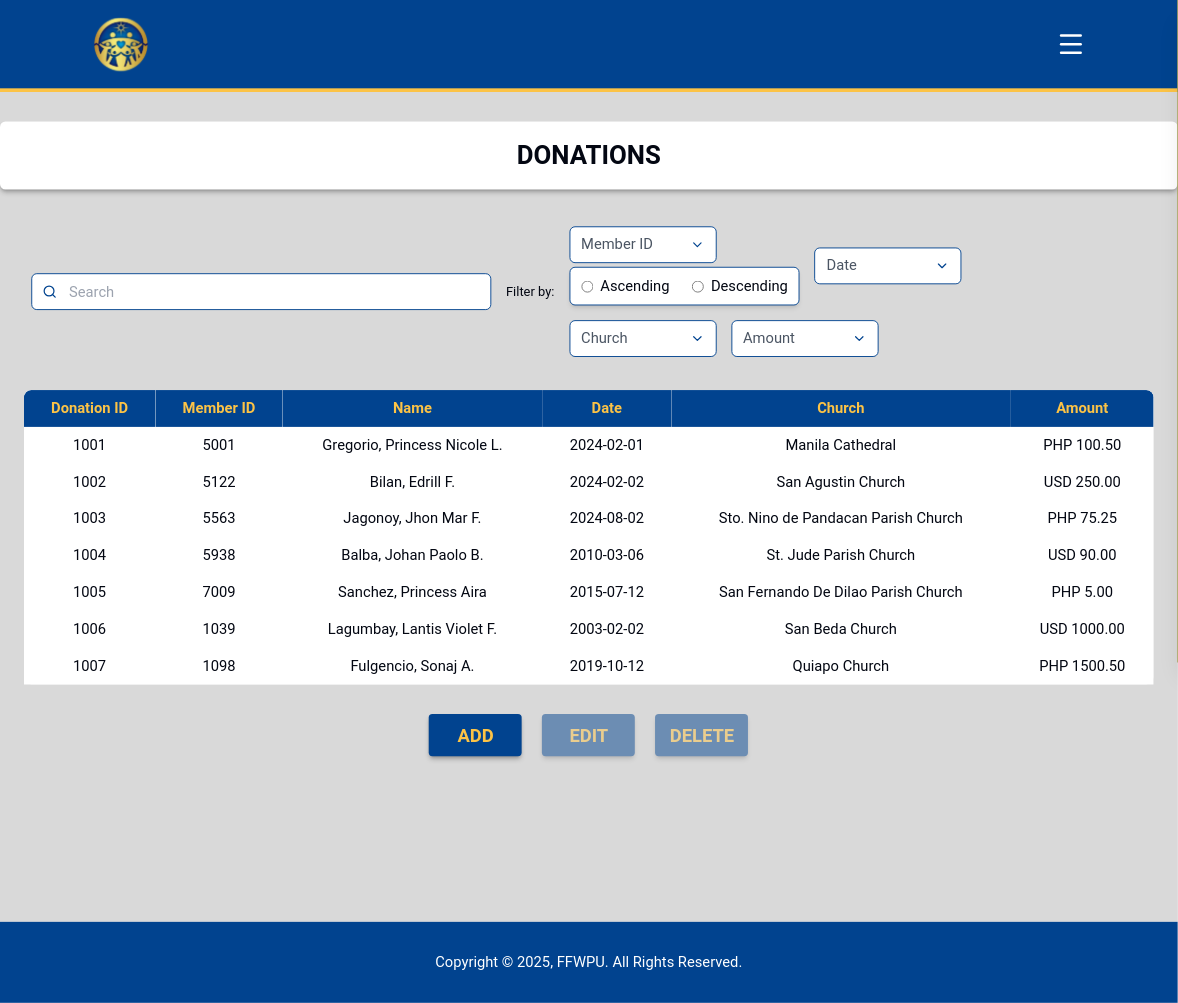
Repository: CoderTofu/FFWPU_System
Page: /donation, after clicking the first element matching `button.w-\[120px\]`
The author's editor kept a copy of each file at every save. The page is drawn from the files as they stood at one save, then again after the next save.
The browser window is 1280 px wide. The pictures show the whole page, at 92% of full size.
The project was rebuilt for these pictures with package versions that can differ from the ones it lists, and the page was loaded fresh each time. The framework's server and built-in components were replaced by stand-ins that run in the browser. Also part of the build but not shown: next.config.ts, src/components/NavbarPublic.tsx, src/components/FooterPublic.tsx, src/lib/utils.ts, src/components/ui/dialog.tsx, src/components/ui/button.tsx, src/components/Modal.tsx.

Above is the page before, as saved 2025-03-07 07:45:28.

### src/app/layout.tsx
import type { Metadata } from "next";
import "./globals.css";
import Preloader from "../components/Preloader";
import LayoutWrapper from "@/components/LayoutWrapper";

export const metadata: Metadata = {
  title: "FFWPU-System",
  description: "Created to help the FFWPU organization",
};

export default function RootLayout({
  children,
}: Readonly<{ children: React.ReactNode }>) {
  return (
    <html lang="en">
      <link rel="icon" href="/icons/ffwpu_icon.svg" sizes="any" />
      <body className="antialiased min-h-screen flex flex-col bg-[#f1f1f1]">
        <Preloader />
        <LayoutWrapper>{children}</LayoutWrapper>
      </body>
    </html>
  );
}

### src/app/globals.css
@tailwind base;
@tailwind components;
@tailwind utilities;

@import url("https://fonts.googleapis.com/css2?family=Roboto:ital,wght@0,100..900;1,100..900&display=swap");

:root {
  --roboto-font: "Roboto", "arial";
}

* {
  font-family: var(--roboto-font);
}



@layer base {
  :root {
    --background: 0 0% 100%;
    --foreground: 224 71.4% 4.1%;
    --card: 0 0% 100%;
    --card-foreground: 224 71.4% 4.1%;
    --popover: 0 0% 100%;
    --popover-foreground: 224 71.4% 4.1%;
    --primary: 220.9 39.3% 11%;
    --primary-foreground: 210 20% 98%;
    --secondary: 220 14.3% 95.9%;
    --secondary-foreground: 220.9 39.3% 11%;
    --muted: 220 14.3% 95.9%;
    --muted-foreground: 220 8.9% 46.1%;
    --accent: 220 14.3% 95.9%;
    --accent-foreground: 220.9 39.3% 11%;
    --destructive: 0 84.2% 60.2%;
    --destructive-foreground: 210 20% 98%;
    --border: 220 13% 91%;
    --input: 220 13% 91%;
    --ring: 224 71.4% 4.1%;
    --chart-1: 12 76% 61%;
    --chart-2: 173 58% 39%;
    --chart-3: 197 37% 24%;
    --chart-4: 43 74% 66%;
    --chart-5: 27 87% 67%;
    --radius: 0.5rem;
  }
  .dark {
    --background: 224 71.4% 4.1%;
    --foreground: 210 20% 98%;
    --card: 224 71.4% 4.1%;
    --card-foreground: 210 20% 98%;
    --popover: 224 71.4% 4.1%;
    --popover-foreground: 210 20% 98%;
    --primary: 210 20% 98%;
    --primary-foreground: 220.9 39.3% 11%;
    --secondary: 215 27.9% 16.9%;
    --secondary-foreground: 210 20% 98%;
    --muted: 215 27.9% 16.9%;
    --muted-foreground: 217.9 10.6% 64.9%;
    --accent: 215 27.9% 16.9%;
    --accent-foreground: 210 20% 98%;
    --destructive: 0 62.8% 30.6%;
    --destructive-foreground: 210 20% 98%;
    --border: 215 27.9% 16.9%;
    --input: 215 27.9% 16.9%;
    --ring: 216 12.2% 83.9%;
    --chart-1: 220 70% 50%;
    --chart-2: 160 60% 45%;
    --chart-3: 30 80% 55%;
    --chart-4: 280 65% 60%;
    --chart-5: 340 75% 55%;
  }
}



@layer base {
  * {
    @apply border-border outline-ring/50;
  }
  body {
    @apply bg-background text-foreground;
  }
}

### src/components/Preloader.tsx
"use client";

import { useState, useEffect } from "react";

export default function Preloader() {
  const [loading, setLoading] = useState(true);

  useEffect(() => {
    const timer = setTimeout(() => {
      setLoading(false);
    }, 1000); // Adjust this time as needed

    return () => clearTimeout(timer);
  }, []);

  if (!loading) return null;

  return (
    <div className="fixed inset-0 z-50 flex items-center justify-center bg-white">
      <div className="h-16 w-16 animate-spin rounded-full border-4 border-solid border-primary border-t-transparent"></div>
    </div>
  );
}

### src/components/LayoutWrapper.tsx
"use client";

import { usePathname } from "next/navigation";
import NavbarPublic from "@/components/navbarPublic";
import NavbarPrivate from "@/components/navbarPrivate";
import FooterPublic from "@/components/footerPublic";
import FooterPrivate from "@/components/footerPrivate";

export default function LayoutWrapper({
  children,
}: {
  children: React.ReactNode;
}) {
  const pathname = usePathname();

  // Define private routes
  const isPublic =
    pathname.startsWith("/about") ||
    pathname.startsWith("/contact") ||
    pathname.startsWith("/login") ||
    pathname.endsWith("/"); // Home page

  return (
    <>
      {isPublic ? <NavbarPublic /> : <NavbarPrivate />}
      <main className="min-h-screen flex-grow">{children}</main>
      {isPublic ? <FooterPublic /> : <FooterPrivate />}
    </>
  );
}

### src/components/Table.tsx
"use client";  // Sabi ni chatgpt need ito hahaha

import React, { useState, useEffect, useRef } from "react";
import { useRouter } from "next/navigation";

interface TableProps {
  data: { [key: string]: any }[];
  columns: { [key in "lg" | "md" | "sm"]: string[] };
  rowDoubleClickPath?: string; // Path where the row should redirect
  onRowSelect?: (row: any | null) => void;
}

const Table: React.FC<TableProps> = ({ data, columns, rowDoubleClickPath, onRowSelect}) => {
  const [tableSize, setTableSize] = useState<"lg" | "md" | "sm">("lg");
  const [selectedRow, setSelectedRow] = useState<number | null>(null);
  const router = useRouter();
  const tableRef = useRef<HTMLDivElement>(null);

  // Automatically update table size based on screen width
  useEffect(() => {
    const updateTableSize = () => {
      const width = window.innerWidth;
      if (width >= 1024) setTableSize("lg");
      else if (width >= 768) setTableSize("md");
      else setTableSize("sm");
    };

    updateTableSize(); // Set initial size
    window.addEventListener("resize", updateTableSize);
    return () => window.removeEventListener("resize", updateTableSize);
  }, []);

  const visibleHeaders = columns[tableSize];

  {/*Handles Single Click Selection*/}
  const handleRowClick = (index: number, row: any) => {
    setSelectedRow(index);
    if (onRowSelect) {
      onRowSelect(row); // Send selected row to parent component
    }
  };

  {/*Handles Clicks Outside Rows to Deselect*/}
  useEffect(() => {
    const handleClickOutside = (event: MouseEvent) => {
      if (tableRef.current && !tableRef.current.contains(event.target as Node)) {
        setSelectedRow(null);
        if (onRowSelect) {
          onRowSelect(null); // Notify parent
        }
      }
    };

    document.addEventListener("click", handleClickOutside);
    return () => document.removeEventListener("click", handleClickOutside);
  }, []);

  {/*Handles Double Click Redirection*/}
  const handleRowDoubleClick = (row: any) => {
    if (rowDoubleClickPath) {
      router.push(`${rowDoubleClickPath}/${row.ID}`); // Redirect with ID in URL
    }
  };

  return (
    <div ref={tableRef} className="overflow-x-auto min-h-[300px] max-h-[450px] overflow-y-auto rounded-lg">
      <table className="min-w-full border-gray-300 bg-white rounded-lg">
        {/* Table Head */}
        <thead className="bg-gray-200 sticky top-0">
          <tr className="bg-[#01438F] text-[#FCC346] cursor-pointer">
            {visibleHeaders.map((header) => (
              <th key={header} className="px-4 py-2 text-center top-0">
                {header}
              </th>
            ))}
          </tr>
        </thead>

        {/* Table Body */}
        <tbody>
          {data.map((row, index) => (
            <tr key={index} className={`cursor-pointer transition
              ${selectedRow === index ? "bg-[#E7E6E6]" : "hover:bg-[#E7E6E6]"}`}
            onClick={() => handleRowClick(index, row)}
            onDoubleClick={() => handleRowDoubleClick(row)}>
              {visibleHeaders.map((header) => (
                <td key={header} className="px-4 py-2 text-center">
                  {row[header] ?? "-"}
                </td>
              ))}
            </tr>
          ))}
        </tbody>
      </table>
    </div>
  );
};

export default Table;

### src/components/DonationModals.tsx
// DonationModals.tsx
"use client";
import { useRef, useEffect, useState } from "react";
import { ChevronDown, Search } from "lucide-react";

interface DataItem {
  "Donation ID": number;
  "Member ID": number;
  Name: string;
  Date: string;
  Church: string;
  Amount: string;
}

interface FilterDropdownProps {
  handleSort: (key: keyof DataItem, order: "asc" | "desc" | "USD" | "PHP" | "ALL") => void;
  selectedCurrency: string | null;
  setSelectedCurrency: (currency: string | null) => void;
  openSortDropdown: string | null;
  openCurrencyDropdown: boolean;
  toggleSortDropdown: (dropdown: string | null) => void;
  setOpenCurrencyDropdown: (open: boolean) => void;
}

export default function DonationModals({
  handleSort,
  selectedCurrency,
  setSelectedCurrency,
  openSortDropdown,
  openCurrencyDropdown,
  toggleSortDropdown,
  setOpenCurrencyDropdown,
}: FilterDropdownProps) {
  const dropdownRef = useRef<HTMLDivElement>(null);
  const [selectedFilters, setSelectedFilters] = useState<{ [key: string]: string }>({});

  useEffect(() => {
    const handleClickOutside = (event: MouseEvent) => {
      if (dropdownRef.current && !dropdownRef.current.contains(event.target as Node)) {
        toggleSortDropdown(null);
        setOpenCurrencyDropdown(false);
      }
    };
    document.addEventListener("mousedown", handleClickOutside);
    return () => document.removeEventListener("mousedown", handleClickOutside);
  }, [toggleSortDropdown, setOpenCurrencyDropdown]);

  const filterKeyMap: { [key: string]: keyof DataItem } = {
    "Member ID": "Member ID",
    Date: "Date",
    Church: "Church",
    Amount: "Amount",
  };

  return (
    <div className="flex items-center gap-4 w-full sm:flex-nowrap">
      <div className="relative flex-shrink-0 flex-grow min-w-[250px] sm:w-[300px] md:w-[350px] lg:w-[500px]">
        <Search className="absolute left-3 top-1/2 transform -translate-y-1/2 w-4 h-4 text-[#01438F]" />
        <input
          className="w-full h-10 pl-10 border border-[#01438F] rounded-md outline-none"
          type="text"
          placeholder="Search"
        />
      </div>

      <span className="text-[14px] flex-none">Filter by:</span>

      <div ref={dropdownRef} className="flex flex-wrap items-center gap-4 w-full sm:w-auto">
        {["Member ID", "Date", "Church"].map((filter) => (
          <div key={filter} className="relative">
            <button
              onClick={() => toggleSortDropdown(openSortDropdown === filter ? null : filter)}
              className="w-[120px] md:w-[140px] lg:w-[160px] h-10 border border-[#01438F] rounded-md px-3 outline-none bg-white text-gray-600 flex justify-between items-center"
            >
              {filter}
              <ChevronDown className="w-4 h-4 text-[#01438F]" />
            </button>

            {openSortDropdown === filter && (
              <div className="flex items-center justify-start sm:w-autoabsolute mt-1 w-full bg-white border border-[#01438F] rounded-md shadow-md z-10">
                <label className="flex items-center px-3 py-2 hover:bg-gray-200 hover:rounded-sm">
                  <input
                    type="radio"
                    name={filter}
                    className="mr-2"
                    checked={selectedFilters[filter] === "Ascending"}
                    onChange={() => {
                      setSelectedFilters({ ...selectedFilters, [filter]: "Ascending" });
                      handleSort(filterKeyMap[filter], "asc");
                      toggleSortDropdown(null);
                    }}
                  />
                  Ascending
                </label>
                <label className="flex items-center px-3 py-2 hover:bg-gray-200 hover:rounded-sm">
                  <input
                    type="radio"
                    name={filter}
                    className="mr-2"
                    checked={selectedFilters[filter] === "Descending"}
                    onChange={() => {
                      setSelectedFilters({ ...selectedFilters, [filter]: "Descending" });
                      handleSort(filterKeyMap[filter], "desc");
                      toggleSortDropdown(null);
                    }}
                  />
                  Descending
                </label>
              </div>
            )}
          </div>
        ))}

        <div className="relative">
          <button
            onClick={() => setOpenCurrencyDropdown(!openCurrencyDropdown)}
            className="w-[120px] md:w-[140px] lg:w-[160px] h-10 border border-[#01438F] rounded-md px-3 outline-none bg-white text-gray-600 flex justify-between items-center"
          >
            Amount
            <ChevronDown className="w-4 h-4 text-[#01438F]" />
          </button>

          {openCurrencyDropdown && (
            <div className="absolute mt-1 w-full bg-white border border-[#01438F] rounded-md shadow-md z-10">
              <label className="flex items-center px-3 py-2 hover:bg-gray-200 hover:rounded-sm">
                <input
                  type="radio"
                  name="currency"
                  className="mr-2"
                  checked={selectedCurrency === null}
                  onChange={() => {
                    setSelectedCurrency(null);
                    handleSort("Amount", "ALL");
                    setOpenCurrencyDropdown(false);
                  }}
                />
                ALL
              </label>

              <label className="flex items-center px-3 py-2 hover:bg-gray-200 hover:rounded-sm">
                <input
                  type="radio"
                  name="currency"
                  className="mr-2"
                  checked={selectedCurrency === "USD"}
                  onChange={() => {
                    setSelectedCurrency("USD");
                    handleSort("Amount", "USD");
                    setOpenCurrencyDropdown(false);
                  }}
                />
                USD
              </label>

              <label className="flex items-center px-3 py-2 hover:bg-gray-200 hover:rounded-sm">
                <input
                  type="radio"
                  name="currency"
                  className="mr-2"
                  checked={selectedCurrency === "PHP"}
                  onChange={() => {
                    setSelectedCurrency("PHP");
                    handleSort("Amount", "PHP");
                    setOpenCurrencyDropdown(false);
                  }}
                />
                PHP
              </label>
            </div>
          )}
        </div>
      </div>
    </div>
  );
}

### src/components/NavbarPrivate.tsx
/* eslint-disable @next/next/no-img-element */
"use client";

import { useState, useEffect } from "react";
import { Menu, X, ArrowRight, CircleUserRound } from "lucide-react"; // Added more icons

export default function NavbarPublic() {
  const [isSidebarOpen, setIsSidebarOpen] = useState(false);

  // Prevent scrolling when sidebar is open
  useEffect(() => {
    if (isSidebarOpen) {
      document.body.style.overflow = "hidden";
    } else {
      document.body.style.overflow = "unset";
    }
    return () => {
      document.body.style.overflow = "unset";
    };
  }, [isSidebarOpen]);

  const navItems = [
    { name: "Member Information", href: "/member" },
    { name: "Worship Event", href: "/worship" },
    { name: "Blessings Management", href: "/blessing" },
    { name: "Donations", href: "/donation" },
    { name: "Reporting", href: "/reporting" },
    { name: "CMS", href: "/cms" },
  ];

  return (
    <div className="bg-[#01438F] border-b-4 border-[#FCC346] text-white p-4 px-[100px] min-h-[100px] flex justify-between items-center">
      {/* Logo */}
      <div className="flex gap-4 items-center">
        <a href={"/"}>
          <img
            src="/icons/ffwpu_icon.svg"
            className="h-full w-auto"
            alt="Site Icon"
          />
        </a>
      </div>

      {/* Mobile Menu Button */}
      <button
        className="transition-transform duration-200 ease-in-out hover:scale-110"
        onClick={() => setIsSidebarOpen(true)}
      >
        <Menu className="w-8 h-8" />
      </button>

      {/* Sidebar (Mobile Navigation) */}
      <div
        className={`z-50 fixed top-0 right-0 w-64 h-full ${
          isSidebarOpen ? "translate-x-0" : "translate-x-full"
        } bg-[#01438F] shadow-xl p-6 flex flex-col gap-6 text-lg transition-all duration-300 border-yellow-400 border-l-8`}
      >
        <div className="flex justify-between items-center mb-8">
          <h2 className="text-2xl font-bold text-yellow-400">FFWPU</h2>
          <button
            className="transition-transform duration-200 ease-in-out hover:scale-110 hover:rotate-90"
            onClick={() => setIsSidebarOpen(false)}
          >
            <X className="w-8 h-8" />
          </button>
        </div>

        <div className="flex flex-col justify-center items-center">
          <CircleUserRound className="w-28 h-28" />
          <h3 className="mt-1 text-xl font-light italic text-center">
            Welcome, <br />
            Admin!
          </h3>
        </div>

        {navItems.map((item, index) => (
          <a
            key={item.name + index}
            className="flex items-center hover:bg-blue-700 p-2 rounded-md transition-all duration-200 hover:translate-x-2 text-base"
            href={item.href}
            onClick={() => setIsSidebarOpen(false)}
          >
            {item.name}
          </a>
        ))}

        <a
          href={"/"}
          className="mt-auto transition-all duration-200 hover:scale-110 justify-center items-center flex "
        >
          <ArrowRight className="w-12 h-12" />
        </a>
      </div>

      {/* Overlay */}
      {isSidebarOpen && (
        <div
          className="fixed inset-0 bg-black bg-opacity-50 z-40 transition-opacity duration-300 ease-in-out"
          onClick={() => setIsSidebarOpen(false)}
        />
      )}
    </div>
  );
}

### src/components/FooterPrivate.tsx
export default function FooterPrivate() {
  return (
    <div className="bg-[#01438F] text-white p-8 text-center">
      Copyright © 2025, FFWPU. All Rights Reserved.
    </div>
  );
}

### tailwind.config.ts
import type { Config } from "tailwindcss";

export default {
    darkMode: ["class"],
    content: [
    "./src/pages/**/*.{js,ts,jsx,tsx,mdx}",
    "./src/components/**/*.{js,ts,jsx,tsx,mdx}",
    "./src/app/**/*.{js,ts,jsx,tsx,mdx}",
    "./src/components/*.{js,ts,jsx,tsx,mdx}",
  ],
  theme: {
  	extend: {
  		borderRadius: {
  			lg: 'var(--radius)',
  			md: 'calc(var(--radius) - 2px)',
  			sm: 'calc(var(--radius) - 4px)'
  		},
  		colors: {
  			background: 'hsl(var(--background))',
  			foreground: 'hsl(var(--foreground))',
  			card: {
  				DEFAULT: 'hsl(var(--card))',
  				foreground: 'hsl(var(--card-foreground))'
  			},
  			popover: {
  				DEFAULT: 'hsl(var(--popover))',
  				foreground: 'hsl(var(--popover-foreground))'
  			},
  			primary: {
  				DEFAULT: 'hsl(var(--primary))',
  				foreground: 'hsl(var(--primary-foreground))'
  			},
  			secondary: {
  				DEFAULT: 'hsl(var(--secondary))',
  				foreground: 'hsl(var(--secondary-foreground))'
  			},
  			muted: {
  				DEFAULT: 'hsl(var(--muted))',
  				foreground: 'hsl(var(--muted-foreground))'
  			},
  			accent: {
  				DEFAULT: 'hsl(var(--accent))',
  				foreground: 'hsl(var(--accent-foreground))'
  			},
  			destructive: {
  				DEFAULT: 'hsl(var(--destructive))',
  				foreground: 'hsl(var(--destructive-foreground))'
  			},
  			border: 'hsl(var(--border))',
  			input: 'hsl(var(--input))',
  			ring: 'hsl(var(--ring))',
  			chart: {
  				'1': 'hsl(var(--chart-1))',
  				'2': 'hsl(var(--chart-2))',
  				'3': 'hsl(var(--chart-3))',
  				'4': 'hsl(var(--chart-4))',
  				'5': 'hsl(var(--chart-5))'
  			}
  		}
  	}
  },
  plugins: [require("tailwindcss-animate")],
} satisfies Config;

Loaded but not shown: src/app/(private)/donation/page.tsx (178 lines, source omitted)

After the next save:
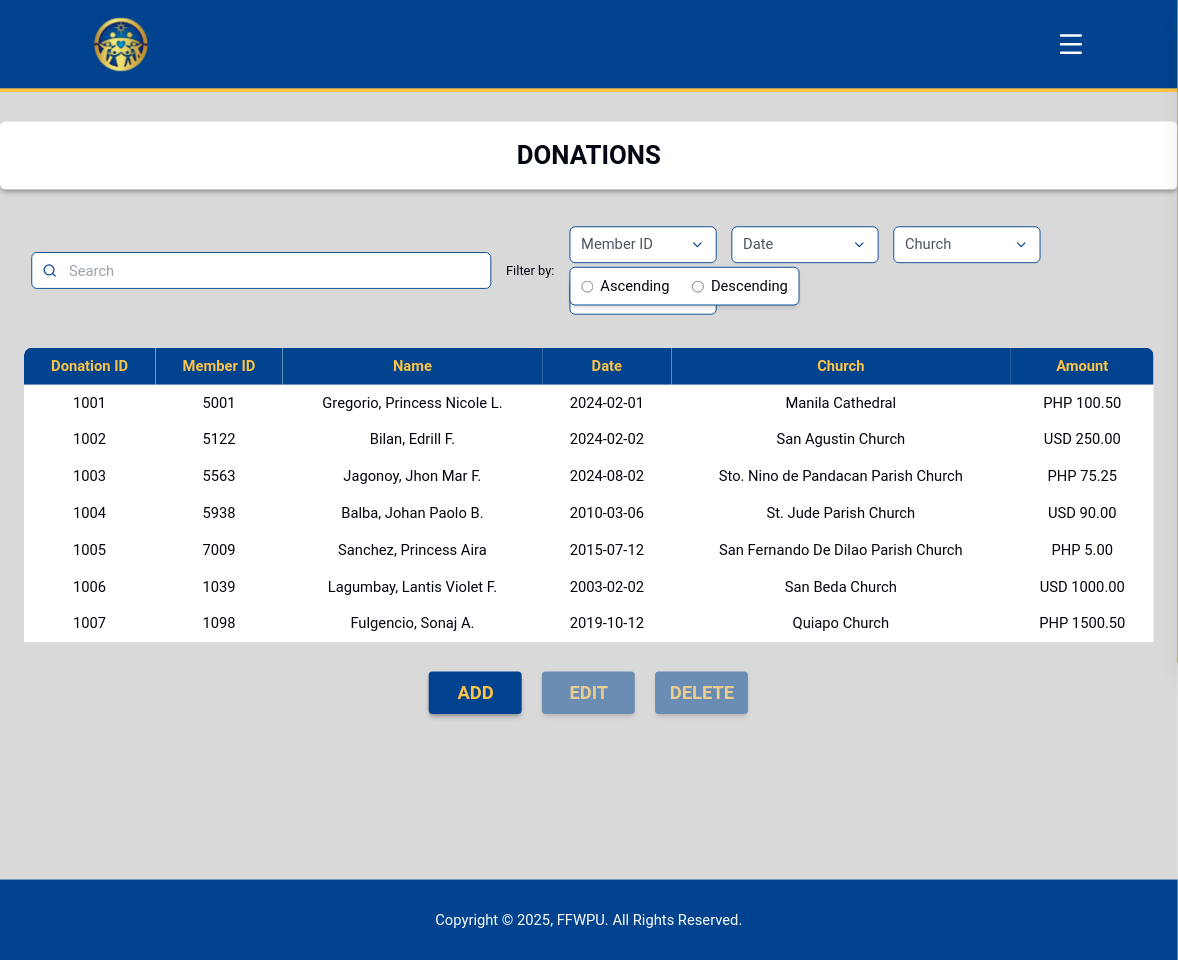
Saved 112 s later.
--- a/src/components/DonationModals.tsx
+++ b/src/components/DonationModals.tsx
@@ -77,7 +77,7 @@ export default function DonationModals({
             </button>
 
             {openSortDropdown === filter && (
-              <div className="flex items-center justify-start sm:w-autoabsolute mt-1 w-full bg-white border border-[#01438F] rounded-md shadow-md z-10">
+              <div className="flex items-center justify-start sm:w-auto absolute mt-1 w-full bg-white border border-[#01438F] rounded-md shadow-md z-10">
                 <label className="flex items-center px-3 py-2 hover:bg-gray-200 hover:rounded-sm">
                   <input
                     type="radio"
